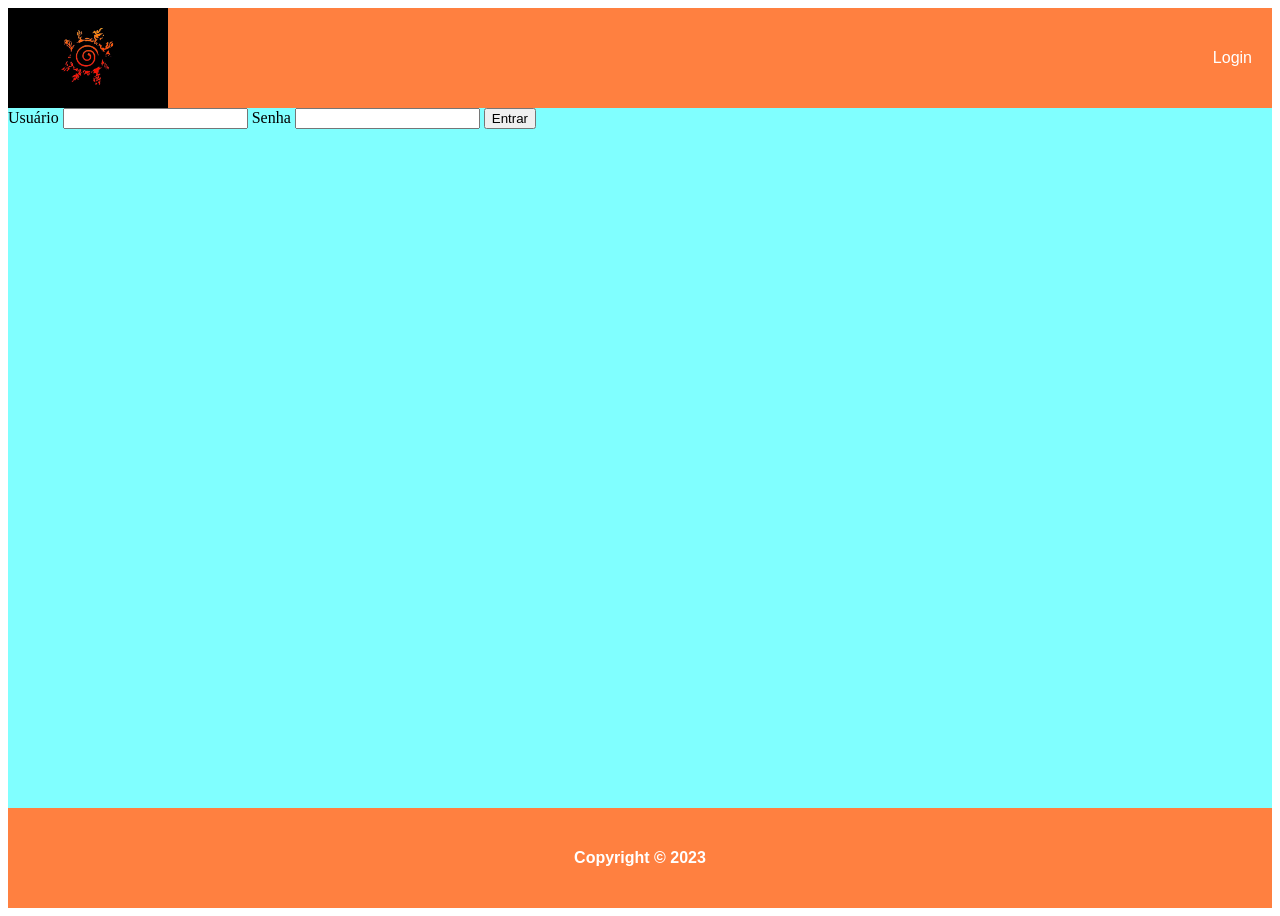
Repository: Jvmferreira/projeto-final-
Page: http://localhost/FinalWeb/
The author's editor kept a copy of each file at every save. The page is drawn from the files as they stood at one save, then again after the next save.
The browser window is 1280 px wide. The pictures show the whole page.
The page is served by Tomcat 9. Other server files are loaded and not shown.

Above is the page before, as saved 2023-04-12 11:11:37.

### FinalWeb/src/main/webapp/index.jsp
<!DOCTYPE html>
<html>
	<head>
		<meta charset="ISO-8859-1">
		<title>Projeto Final - Web + Banco de Dados</title>

		<link href="css/estilo.css" rel="stylesheet">
	</head>
	<body>
		<div id="pagina">
			<div id="barra">
				<div id="logo"><img src="images/logo de anime.png" height="100px"></div>
				<div id="menu">Login</div>
			</div>
			<div id="conteudo">
				<form method="post" action="LoginServlet">
					<label>Usuário</label>
					<input type="text" id="txtUsuario" name="txtUsuario"/>
					<label>Senha</label>
					<input type="password" id="txtSenha" name="txtSenha"/>
					<input type="submit" value="Entrar">
				</form>
			</div>
			<div id="rodape">Copyright &copy 2023</div>
		</div>
	</body>
</html>

### FinalWeb/src/main/webapp/css/estilo.css

#pagina {
	background-color: white;
}

#barra {
	display: flex;
	width: 100%;
	background-color: #ff8040;
}

#logo {
	display: flex;
	width: 20%;
}

#menu {
	display: flex;
	width: 80%;
	background-color: #ff8040;
	color: white;
	font-family: Arial;
	align-items: center;
	justify-content: right;
	margin-right: 20px;
}

#conteudo {
	display: flex;
	height: 700px;
	background-color: rgb(128, 255, 255);
}

#rodape {
	display: flex;
	height: 100px;
	background-color: rgb(255, 128, 64);
	color: white;
	justify-content: center;
	font-family: Arial;
	font-weight: bold;
	align-items: center;
}

After the next save:
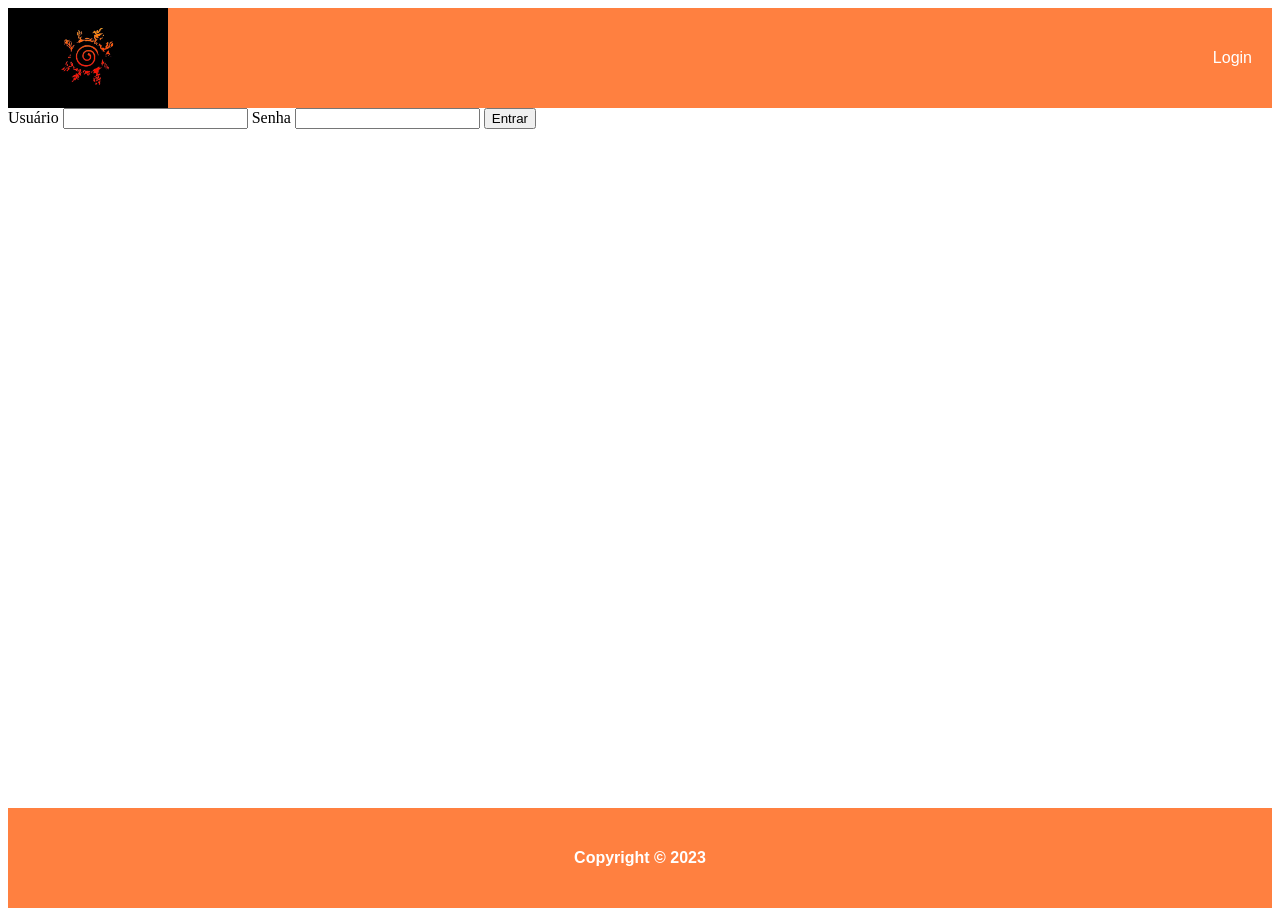
Saved 68 s later.
--- a/FinalWeb/src/main/webapp/css/estilo.css
+++ b/FinalWeb/src/main/webapp/css/estilo.css
@@ -28,7 +28,7 @@
 #conteudo {
 	display: flex;
 	height: 700px;
-	background-color: rgb(128, 255, 255);
+	background-color: rgb(0, 128, 255)128, 255, 255);
 }
 
 #rodape {
